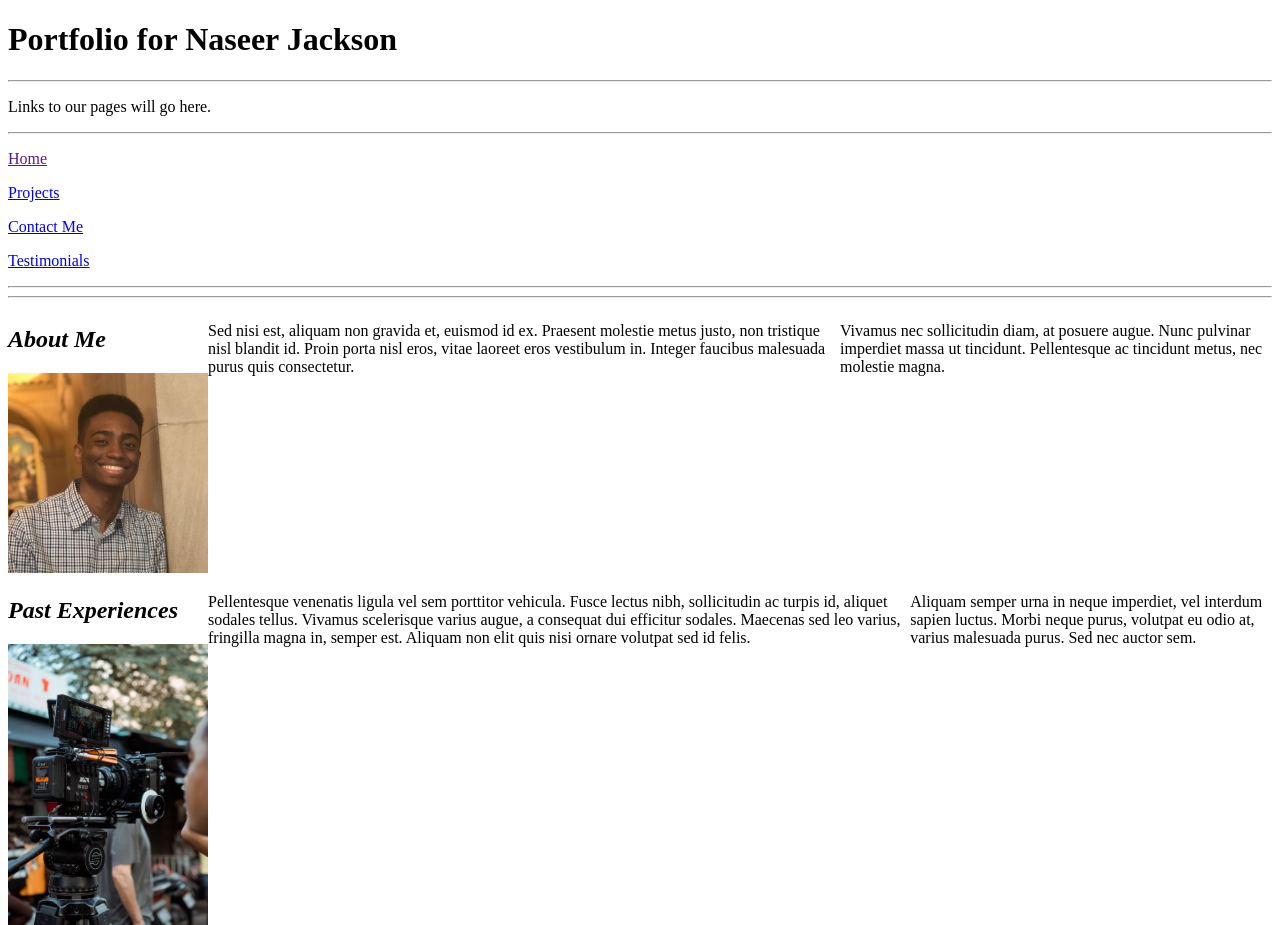
Repository: nj10deadend/Mthree-Intro-to-WebDev
Page: classwork/portfolio/index.html
These files come from the project's save history. The page is drawn as it stood at one moment and after the next save; the edit follows.
The browser window is 1280 px wide. The pictures show the part of the page from y = 0 to 925 px (the page is 1236 px tall).
A picture or video elsewhere on the page could not be fetched, so the positions and the page height are approximate.

Above is the page before, as saved 2021-12-01 09:36:23.

After the next save:
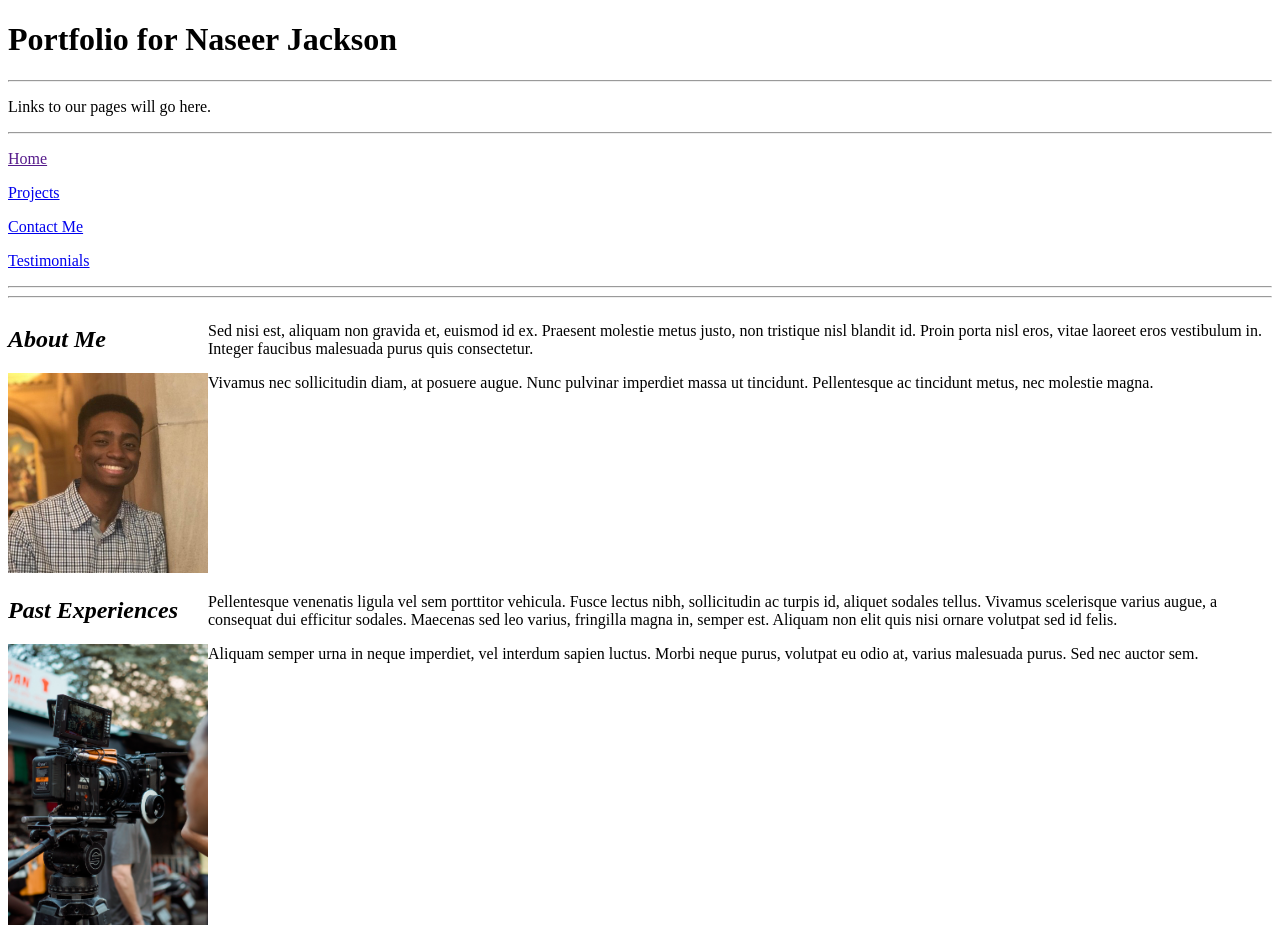
Saved 46 s later.
--- a/classwork/portfolio/index.html
+++ b/classwork/portfolio/index.html
@@ -50,8 +50,12 @@
                 <img class="images" src="images/Profile pic.jpg" alt="Profile pic"/>
             </div>
 
-            <p>Sed nisi est, aliquam non gravida et, euismod id ex. Praesent molestie metus justo, non tristique nisl blandit id. Proin porta nisl eros, vitae laoreet eros vestibulum in. Integer faucibus malesuada purus quis consectetur.</p>
-            <p>Vivamus nec sollicitudin diam, at posuere augue. Nunc pulvinar imperdiet massa ut tincidunt. Pellentesque ac tincidunt metus, nec molestie magna.</p>
+            <div>
+                <p>Sed nisi est, aliquam non gravida et, euismod id ex. Praesent molestie metus justo, non tristique nisl blandit id. Proin porta nisl eros, vitae laoreet eros vestibulum in. Integer faucibus malesuada purus quis consectetur.</p>
+                <p>Vivamus nec sollicitudin diam, at posuere augue. Nunc pulvinar imperdiet massa ut tincidunt. Pellentesque ac tincidunt metus, nec molestie magna.</p>
+
+            </div>
+
 
         </article>
 
@@ -63,9 +67,13 @@
 
             </div>
 
+            <div>
 
-            <p>Pellentesque venenatis ligula vel sem porttitor vehicula. Fusce lectus nibh, sollicitudin ac turpis id, aliquet sodales tellus. Vivamus scelerisque varius augue, a consequat dui efficitur sodales. Maecenas sed leo varius, fringilla magna in, semper est. Aliquam non elit quis nisi ornare volutpat sed id felis.</p>
-            <p>Aliquam semper urna in neque imperdiet, vel interdum sapien luctus. Morbi neque purus, volutpat eu odio at, varius malesuada purus. Sed nec auctor sem.</p>
+                <p>Pellentesque venenatis ligula vel sem porttitor vehicula. Fusce lectus nibh, sollicitudin ac turpis id, aliquet sodales tellus. Vivamus scelerisque varius augue, a consequat dui efficitur sodales. Maecenas sed leo varius, fringilla magna in, semper est. Aliquam non elit quis nisi ornare volutpat sed id felis.</p>
+                <p>Aliquam semper urna in neque imperdiet, vel interdum sapien luctus. Morbi neque purus, volutpat eu odio at, varius malesuada purus. Sed nec auctor sem.</p>
+            </div>
+
+
 
         </article>
 
@@ -77,9 +85,13 @@
 
             </div>
 
+            <div>
 
-            <p>Proin posuere feugiat odio, in euismod enim scelerisque sit amet. Sed non volutpat nunc. Suspendisse potenti. Aenean ut diam scelerisque justo tempus fermentum. Quisque porta leo non laoreet ullamcorper. Sed dapibus urna sit amet arcu commodo gravida. Morbi dictum libero dui. </p>
-            <p>Fusce dignissim felis ultricies purus lobortis, non tristique urna ultrices. Curabitur ligula metus, mollis volutpat imperdiet eget, euismod ut purus. Lorem ipsum dolor sit amet, consectetur adipiscing elit. Sed finibus posuere sapien, id elementum ex mollis non.</p>
+                <p>Proin posuere feugiat odio, in euismod enim scelerisque sit amet. Sed non volutpat nunc. Suspendisse potenti. Aenean ut diam scelerisque justo tempus fermentum. Quisque porta leo non laoreet ullamcorper. Sed dapibus urna sit amet arcu commodo gravida. Morbi dictum libero dui. </p>
+                <p>Fusce dignissim felis ultricies purus lobortis, non tristique urna ultrices. Curabitur ligula metus, mollis volutpat imperdiet eget, euismod ut purus. Lorem ipsum dolor sit amet, consectetur adipiscing elit. Sed finibus posuere sapien, id elementum ex mollis non.</p>
+            </div>
+
+
 
         </article>
 
